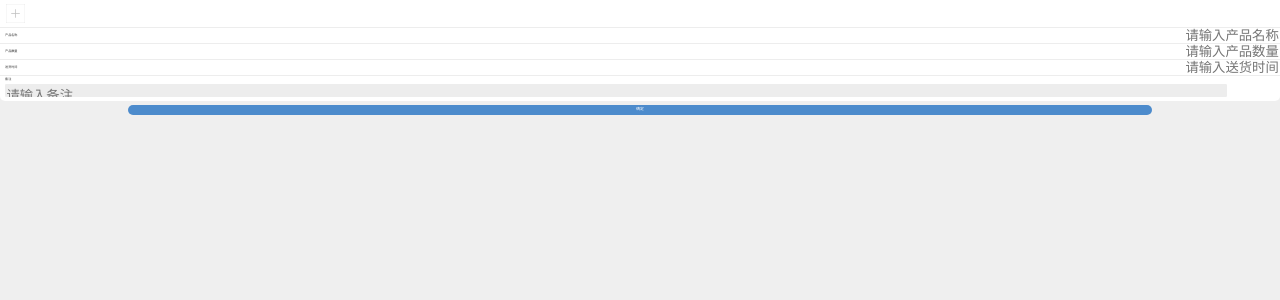
Repository: missing-star/produce
Page: Cbuyer.html
These files come from the project's save history. The page is drawn as it stood at one moment and after the next save; the edit follows.
The browser window is 1280 px wide. The pictures show the whole page.

Above is the page before, as saved 2019-05-20 15:29:21.

After the next save:
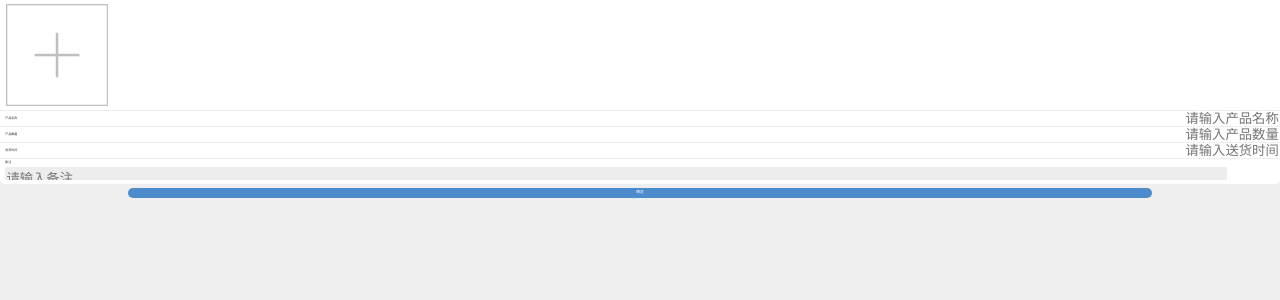
Saved 79 s later.
--- a/css/Cbuyer.css
+++ b/css/Cbuyer.css
@@ -10,8 +10,8 @@
 }
 
 .buyer_img {
-    width: 0.75rem;
-    height: 0.75rem;
+    width: 4rem;
+    height: 4rem;
 }
 
 .buyer_uu li {
